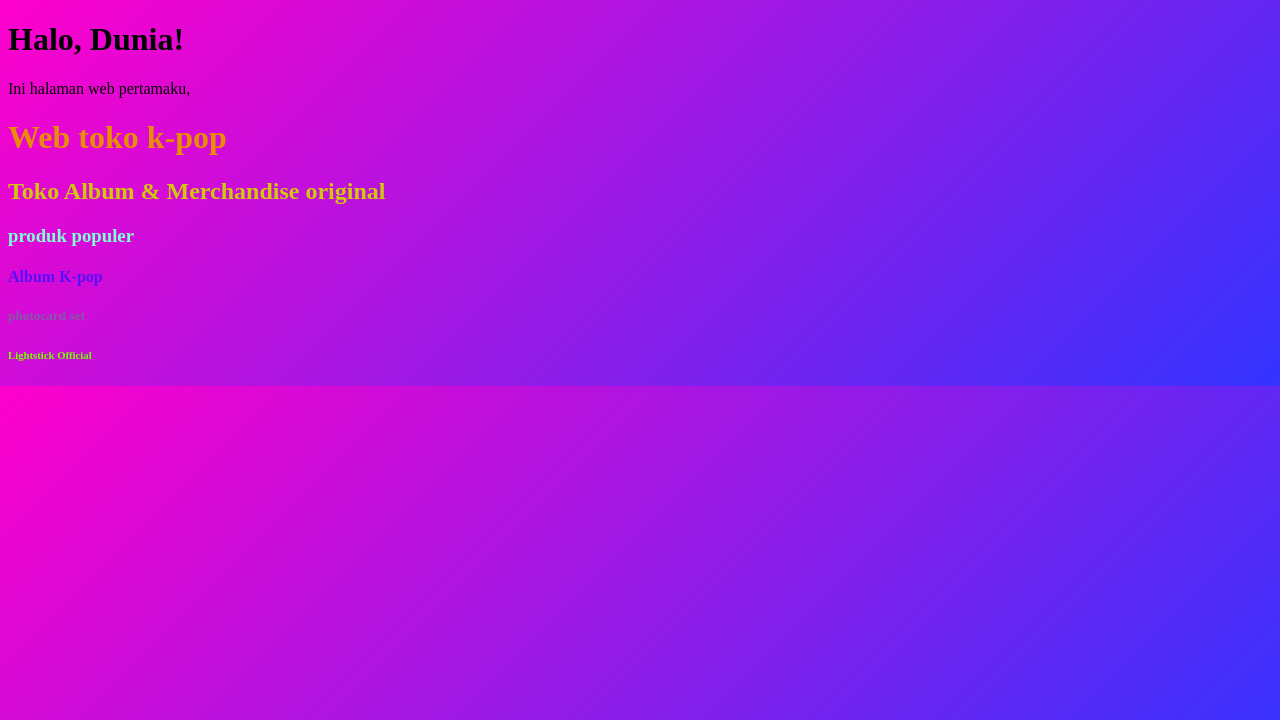
Repository: sekartazivi/241552010020-Web-Application-Development
Page: lagi.html
The author's editor kept a copy of each file at every save. The page is drawn from the files as they stood at one save, then again after a run of saves.
The browser window is 1280 px wide. The pictures show the whole page.

Above is the page before, as saved 2026-02-20 08:49:27.

After the next 3 saves:
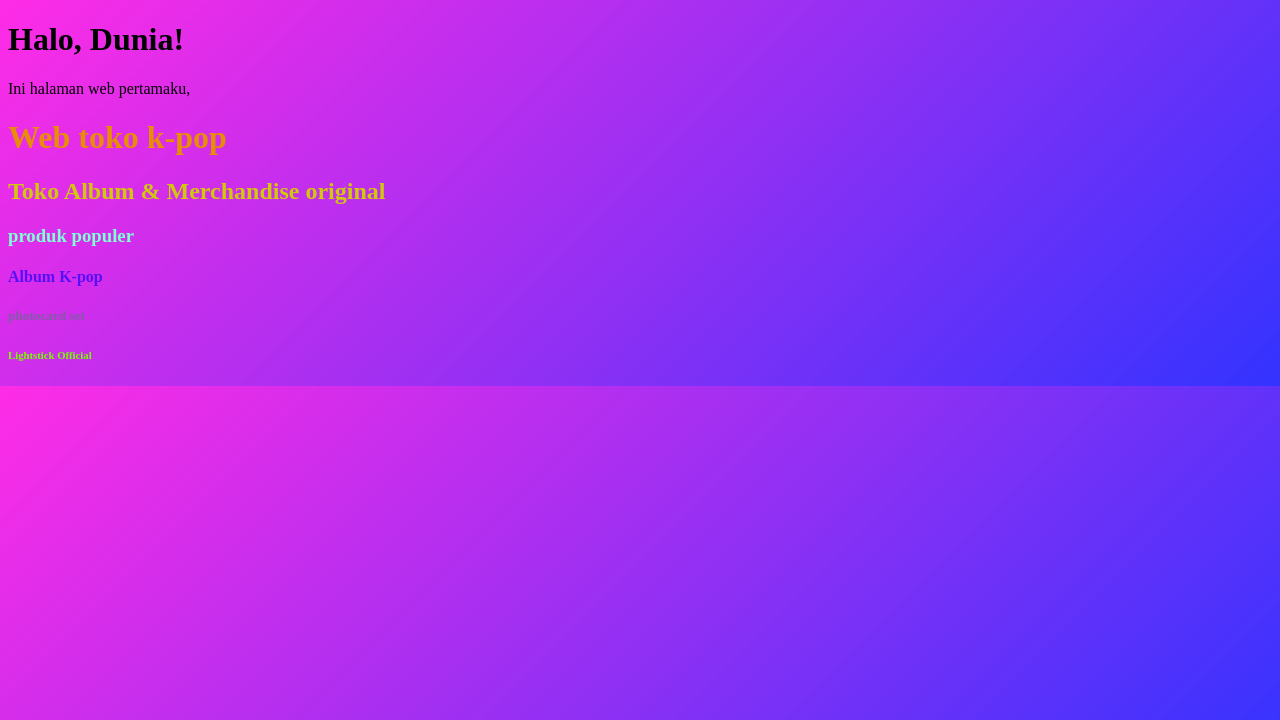
The 3 saves are shown as one change because they came seconds apart.
The last was saved 30 s later.
--- a/lagi.html
+++ b/lagi.html
@@ -7,7 +7,7 @@
 
     <style>
         body {
-            background: linear-gradient(135deg, #ff00cc, #3333ff);
+            background: linear-gradient(135deg, #ff00e1d3, #3333ff);
         }
     </style>
 </head>
